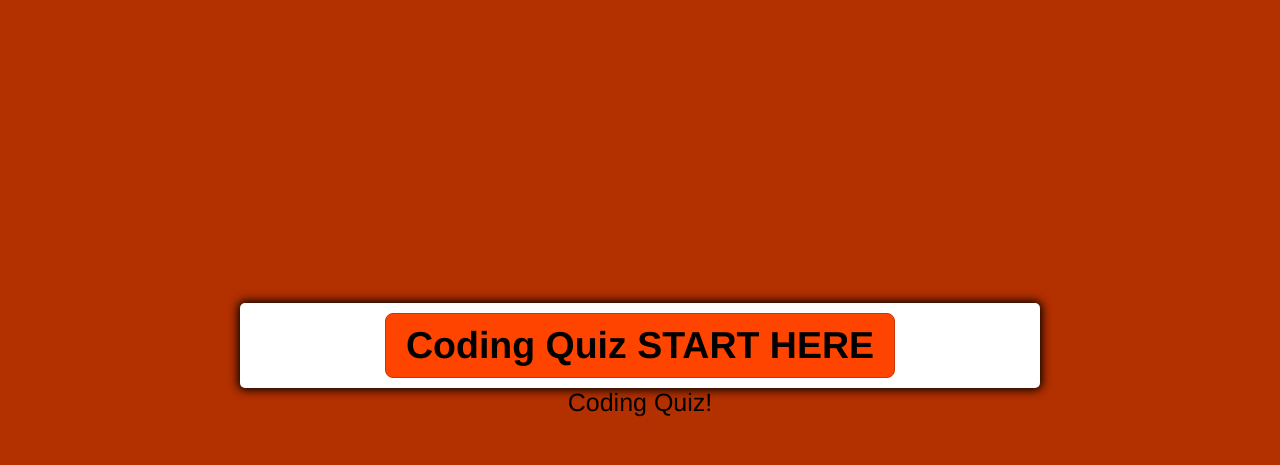
Repository: Vshepard879/Code-Quiz
Page: index.html
An editor plug-in stored every save of this project. The page is shown before and after the next save, followed by the edit.
The browser window is 1280 px wide. The pictures show the whole page.

Above is the page before, as saved 2022-03-18 05:48:27.

### index.html
<!DOCTYPE html>
<html lang="en">
<head>
    <meta charset="UTF-8">
    <meta http-equiv="X-UA-Compatible" content="IE=edge">
    <meta name="viewport" content="width=device-width, initial-scale=1.0">
    <link href="./assets/css/style.css" link rel="stylesheet">
    <script defer src="./assets/js/script.js"></script>
    <title>Quiz App</title>
</head>

<body>
    <header>Coding Quiz!</header>
    <!--Start Quiz Container-->
    <div class="container">
        <div id="question-container" class="hide">
                <div id="question">Question</div>
                <div id="answer-buttons" class="btn-grid">
                <button class="btn">Answer 1</button>
                <button class="btn">Answer 2</button>
                <button class="btn">Answer 3</button>
                <button class="btn">Answer 4</button>
            </div>
        </div>
        <div class="controls">
            <button id="start-btn" class="start-btn btn">Coding Quiz START HERE</button>
            <button id="next-btn" class="next-btn btn hide">Next</button>
        </div>
    </div>
</body>
</html>

### assets/css/style.css
*, *::before, *::after {
    box-sizing: border-box;
    font-family: 'Franklin Gothic Medium', 'Arial Narrow', Arial, sans-serif;
    font-size: 25px;
}

:root {
    --hue-neutral: 16;
    --hue-wrong: 0;
    --hue-correct: 145;
}

header {
    display: flex;
    justify-content: center;
    align-items:baseline
}
body{
    --hue: var(--hue-neutral);
    padding: 0;
    margin: 0;
    display: flex;
    flex-direction: column-reverse;
    width: 100vw;
    height: 100vh;
    justify-content:center;
    align-items:center;
    background-color:hsl(var(--hue), 100%, 35%);
}




body.correct {
    --hue: var(--hue-correct);
}

body.wrong {
    --hue: var(--hue-wrong);
}


.container {
    width: 800px;
    max-width: 70%;
    background-color: white;
    border-radius: 5px;
    padding: 10px;
    box-shadow: 0 0 10px 2px;
}

.btn-grid {
    display: grid;
    grid-template-columns: repeat(2, auto);
    gap: 15px;
    margin: 20px 0;
}


.btn {
    --hue: var(--hue-neutral);
    border: 1px solid hsl(var(--hue),100%, 40%);
    background-color: hsl(var(--hue), 100%, 50%);
    border-radius: 8px;
    padding: 5px 10px;
    color: black;
    outline: none;
}

.btn:hover {
    border-color: black;
}

.btn.correct {
    --hue: var(--hue-correct)
}

.btn.wrong {
    --hue: var(--hue-wrong)
}

.start-btn, .next-btn {
    font-size: 1.5rem;
    font-weight: bold;
    padding: 10px 20px;
}

.controls {
    display: flex;
    justify-content: center;
    align-items: center;
    gap: 5px;
}

.hide {
    display: none;
}

### assets/js/script.js
const startButton = document.getElementById('start-btn')
const nextButton = document.getElementById('next-btn')
const questionContainerElement = document.getElementById('question-container')
const questionElement = document.getElementById( 'question')
const answerButtonsElement = document.getElementById('answer-buttons')
let shuffledQuestions, currentQuestionIndex

startButton.addEventListener('click', startQuiz)
nextButton.addEventListener('click', () => {
    currentQuestionIndex++
    setNextQuestion()
})
function startQuiz() {
startButton.classList.add('hide')
 shuffledQuestions = questions.sort(() => Math.random() - .5)
currentQuestionIndex = 0
questionContainerElement.classList.remove('hide')
setNextQuestion()
}

function setNextQuestion() {
    resetState()
    showQuestion(shuffledQuestions[currentQuestionIndex])
    }
function showQuestion(question) {
    questionElement.innerText =question.question
    question.answers.forEach(answer => {
        const button = document.createElement('button')
        button.innerText = answer.text
        button.classList.add('btn')
      if   (answer.correct) {
          button.dataset.correct = answer.correct
      }
      button.addEventListener('click', selectAnswer)
      answerButtonsElement.appendChild(button)
    })
}

function resetState() {
    nextButton.classList.add('hide')
    while (answerButtonsElement.firstChild) {
        answerButtonsElement.removeChild
        (answerButtonsElement.firstChild)
    }
}
function selectAnswer(v) {
const selectedButton = v.target
const correct =selectedButton.dataset.correct
setStatusClass(document.body, correct)
Array.from(answerButtonsElement.children).forEach(button => {
    setStatusClass(button, button.dataset.correct)
})
if (shuffledQuestions.length > currentQuestionIndex +1) {
    nextButton.classList.remove('hide')
} else {
    startButton.innerText = 'Restart'
    startButton.classList.remove('hide')
}
nextButton.classList.remove('hide')
}

function setStatusClass(element, correct) {
    clearStatusClass(element)
    if (correct) {
        element.classList.add('correct')
    } else {
        element.classList.add('wrong')
    }

    function clearStatusClass(element) {
        element.classList.remove('correct')
        element.classList.remove('wrong')
    }

}

const questions = [
    {
        question: 'Which of these is not one of the 3 Initial coding languages?',
        answers: [
            { text:'Python', correct: true},
            { text:'HTML', correct: false},
            { text:'CSS', correct: false},
            { text:'JavaScript', correct: false},
        ]
    },
    {
        question: 'What does the C in CSS stand for?',
        answers: [
            { text:'Chocolate', correct: false},
            { text:'Corporate', correct: false},
            { text:'Cascading', correct: true},
            { text:'Computer', correct: false},
        ]
    },
    {
        question: 'Arrays in Javascript can be used to store?',
        answers: [
            { text:'Numbers and Strings', correct: false},
            { text:'Booleans', correct: false},
            { text:'Other Arrays', correct: false},
            { text:'All of the above', correct: true},
        ]
    },
    {
        question: 'The condition in an if/else statement are store in?',
        answers: [
            { text:'Parenthesis', correct: true},
            { text:'curly brackets', correct: false},
            { text:'brackets', correct: false},
            { text:'commas', correct: false},
        ]},
        {
            question: 'A very useful tool during the development and debugging stage used to print to the debugger is?',
            answers: [
                { text:'Array', correct: false},
                { text:'.dataset', correct: false},
                { text:'console.log', correct: true},
                { text:'=>', correct: false},
            ]},
            {
                question: 'Commonly used data types do not include?',
                answers: [
                    { text:'Booleans', correct: false},
                    { text:'Strings', correct: false},
                    { text:'Numbers', correct: false},
                    { text:'Alerts', correct: true},
                ]},
            ]

After the next save:
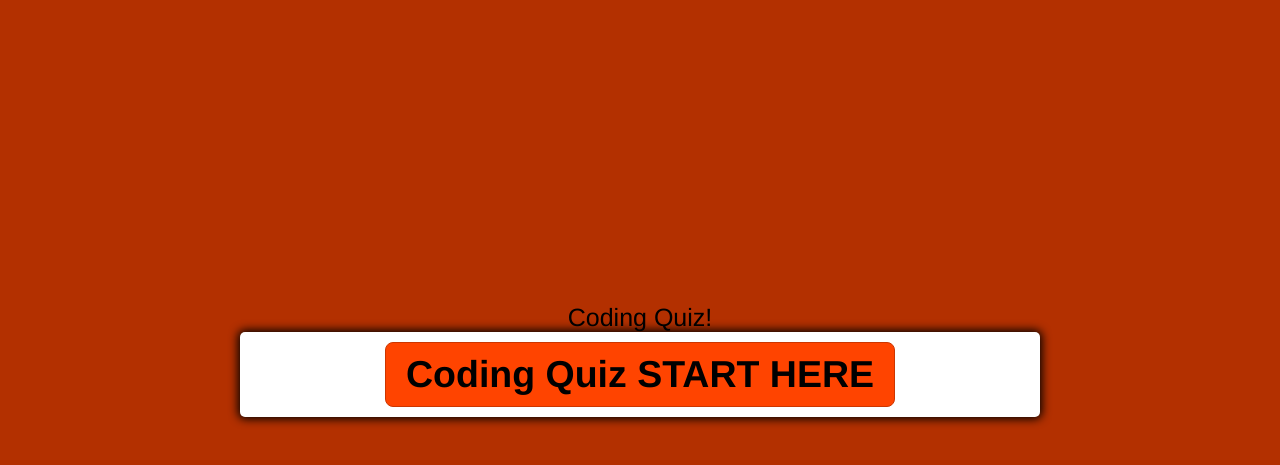
Saved 10 s later.
--- a/assets/css/style.css
+++ b/assets/css/style.css
@@ -20,7 +20,7 @@ body{
     padding: 0;
     margin: 0;
     display: flex;
-    flex-direction: column-reverse;
+    flex-direction: column;
     width: 100vw;
     height: 100vh;
     justify-content:center;
